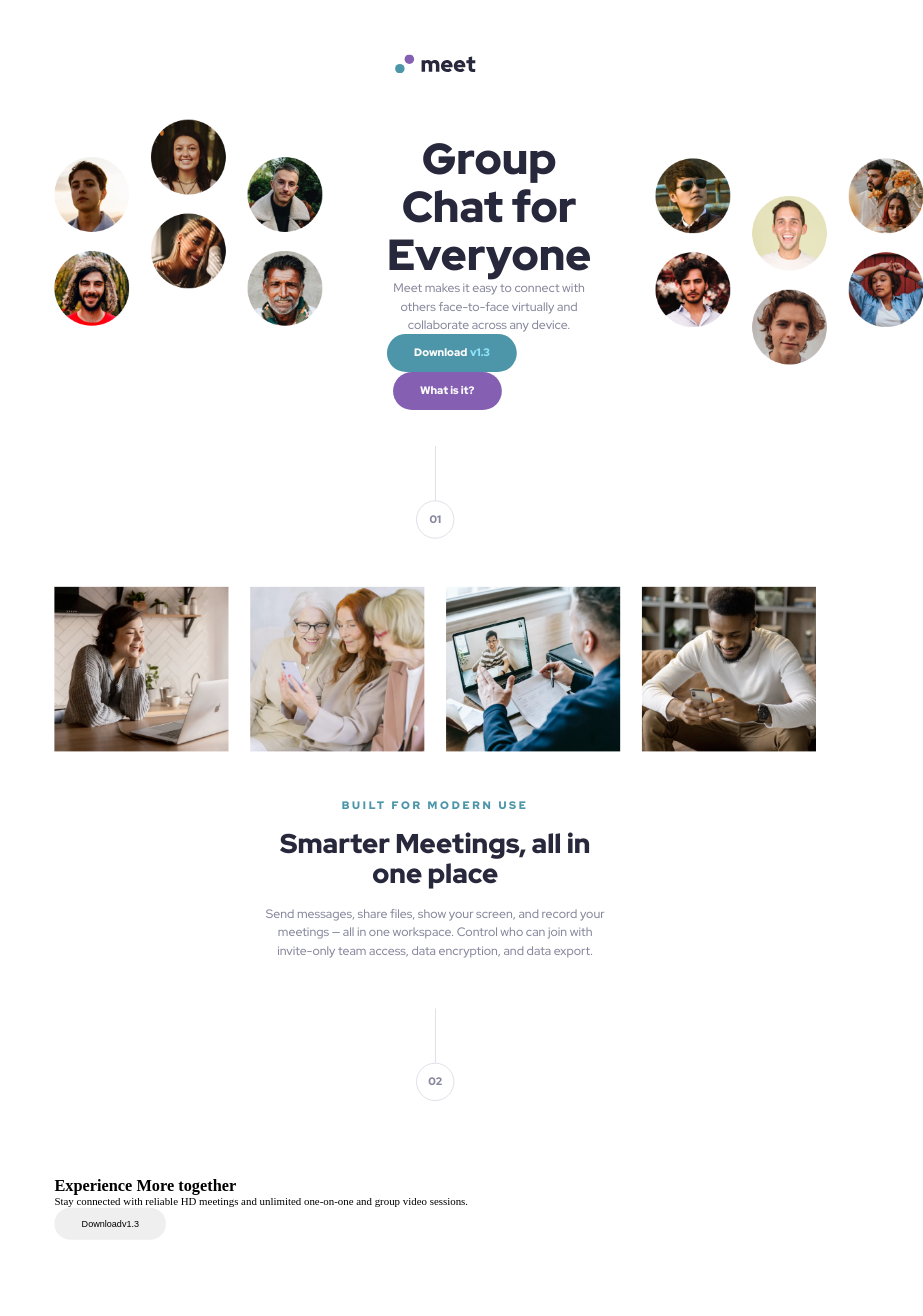
Repository: brandontaylor1/meet-landing-page
Page: index.html
An editor plug-in stored every save of this project. The page is shown before and after the next save, followed by the edit.
The browser window is 1280 px wide. The page is 1358 px wide, so the pictures cover 1358 px, including what lies to the right of the window. The pictures show the whole page, at 68% of full size.

Above is the page before, as saved 2025-01-11 22:23:05.

After the next save:
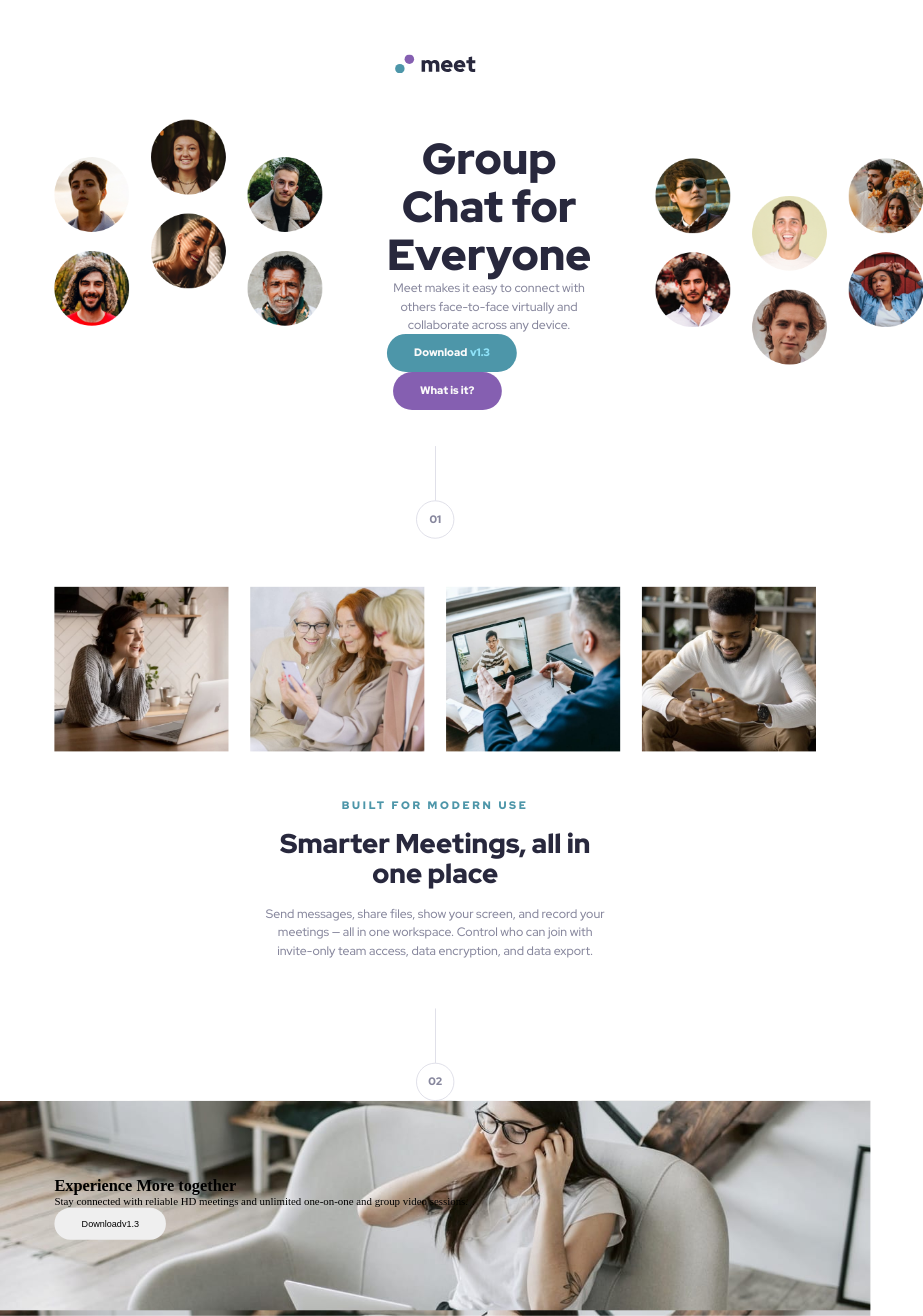
Saved 71 s later.
--- a/styles.css
+++ b/styles.css
@@ -210,4 +210,5 @@
     padding: 7rem 5rem;
     display: flex;
     align-items: center;
-}
+    background-image: url("./assets/images/image-footer.jpg");
+}
